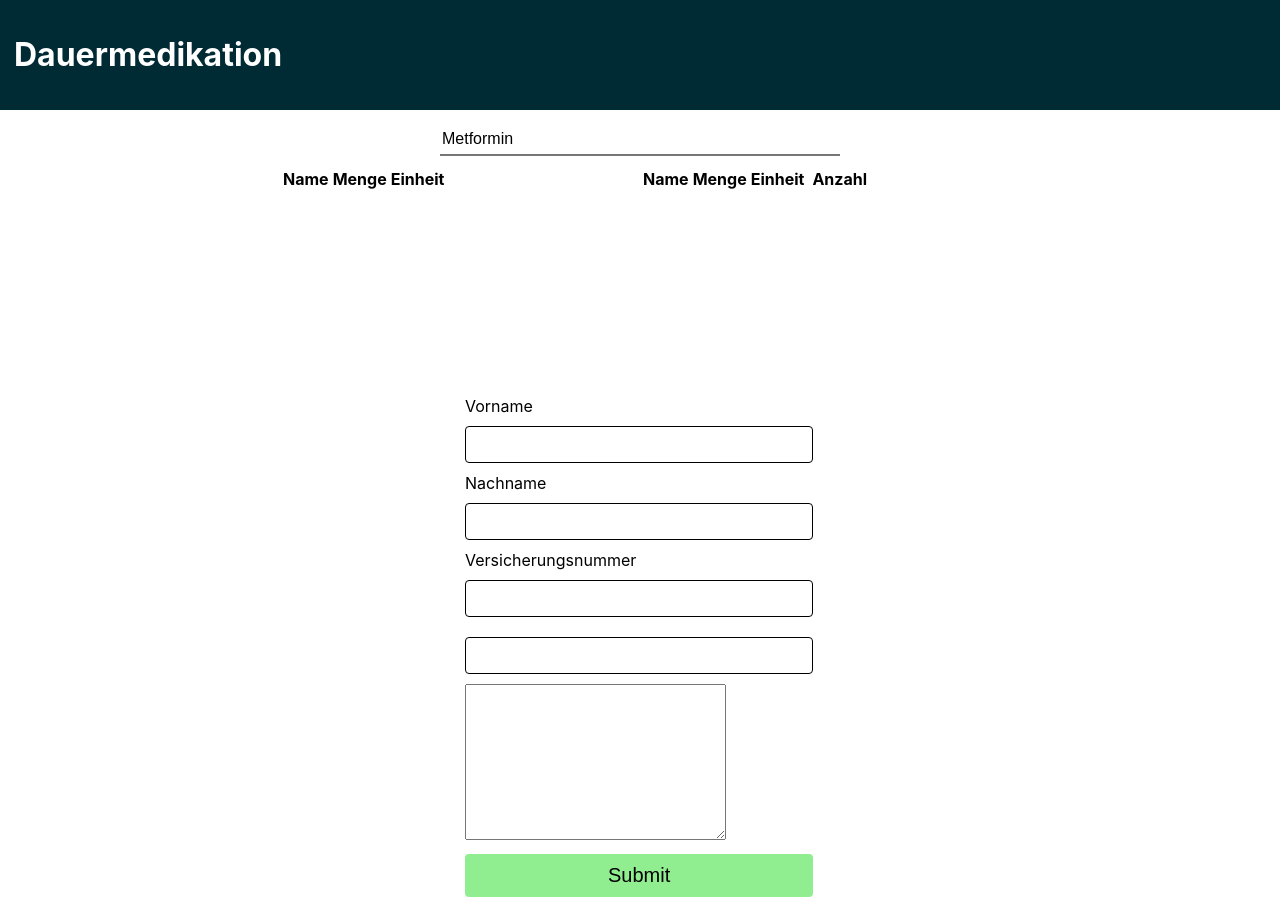
Repository: Esatollah/MedDemo
Page: / (app in client/)
These files come from the project's save history. The page is drawn as it stood at one moment and after the next save; the edit follows.
The browser window is 1280 px wide. The pictures show the whole page.
The page's requests for data from a server got no answer. The project was rebuilt for these pictures with package versions that can differ from the ones it lists, and the page was loaded fresh each time. No one was signed in, and anything a server would have sent is missing. Also part of the build but not shown: client/src/Routes/Bestellungen.jsx.

Above is the page before, as saved 2022-06-10 16:06:29.

After the next save:
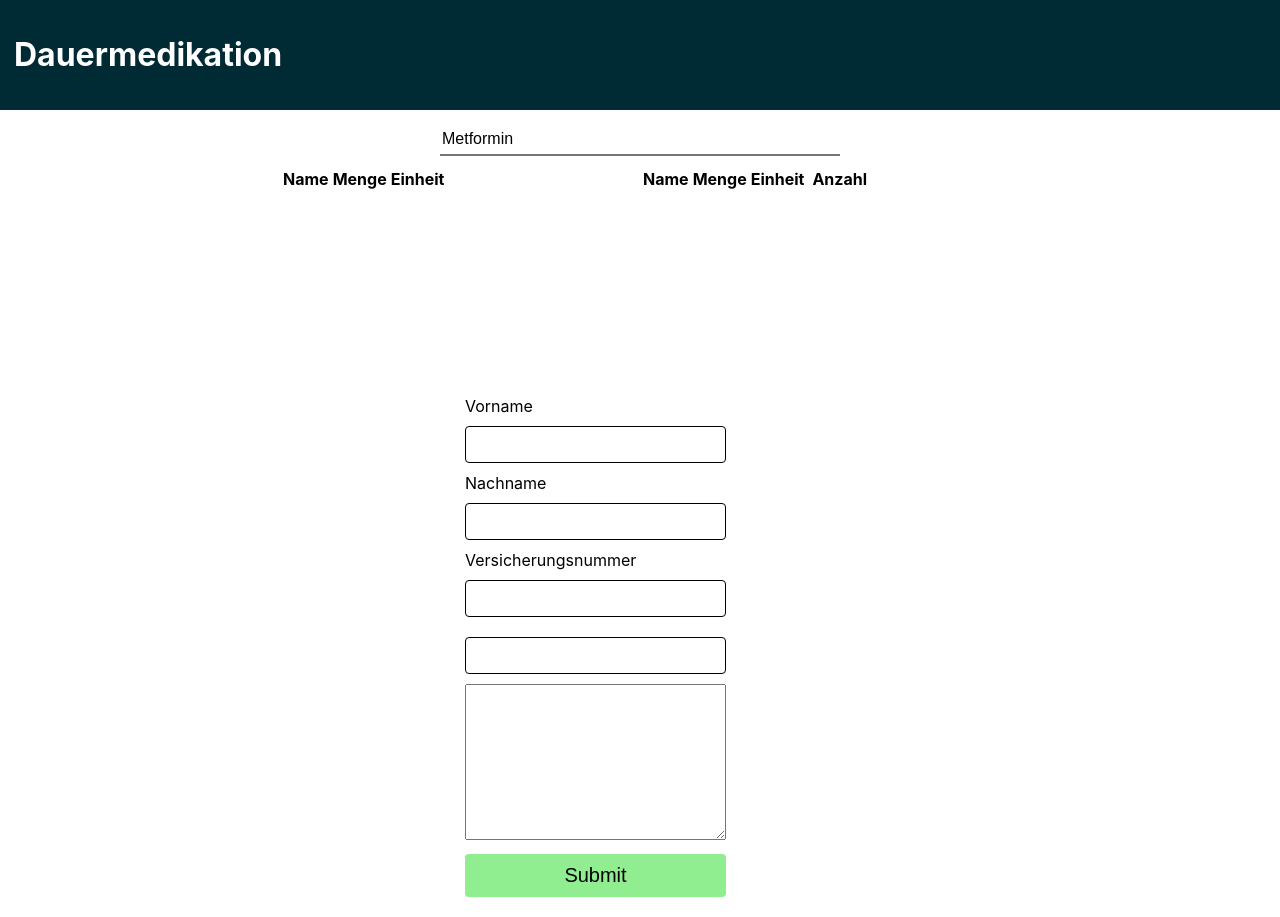
Saved 7 s later.
--- a/client/src/components/Form.jsx
+++ b/client/src/components/Form.jsx
@@ -39,8 +39,8 @@ const Form = props => {
   return (
     <FormWrap>
         <form onSubmit={(e) =>handleSubmit(e)}>
-            <label htmlFor="fname">Vorname</label>
-            <input type="text" value={fname} id="fname" name="fname" onChange={(e)=> setFname(e.target.value)}required/>
+            <label htmlFor="fname">Vorname</label><br />
+            <input type="text" value={fname} id="fname" name="fname" onChange={(e)=> setFname(e.target.value)}required/><br/>
             <label htmlFor="lname">Nachname</label><br />
             <input type="text" id="lname" value={lname} onChange={(e) => setLname(e.target.value)}name="lname" required /><br/>
             <label htmlFor="pin">Versicherungsnummer  </label> <br/>
